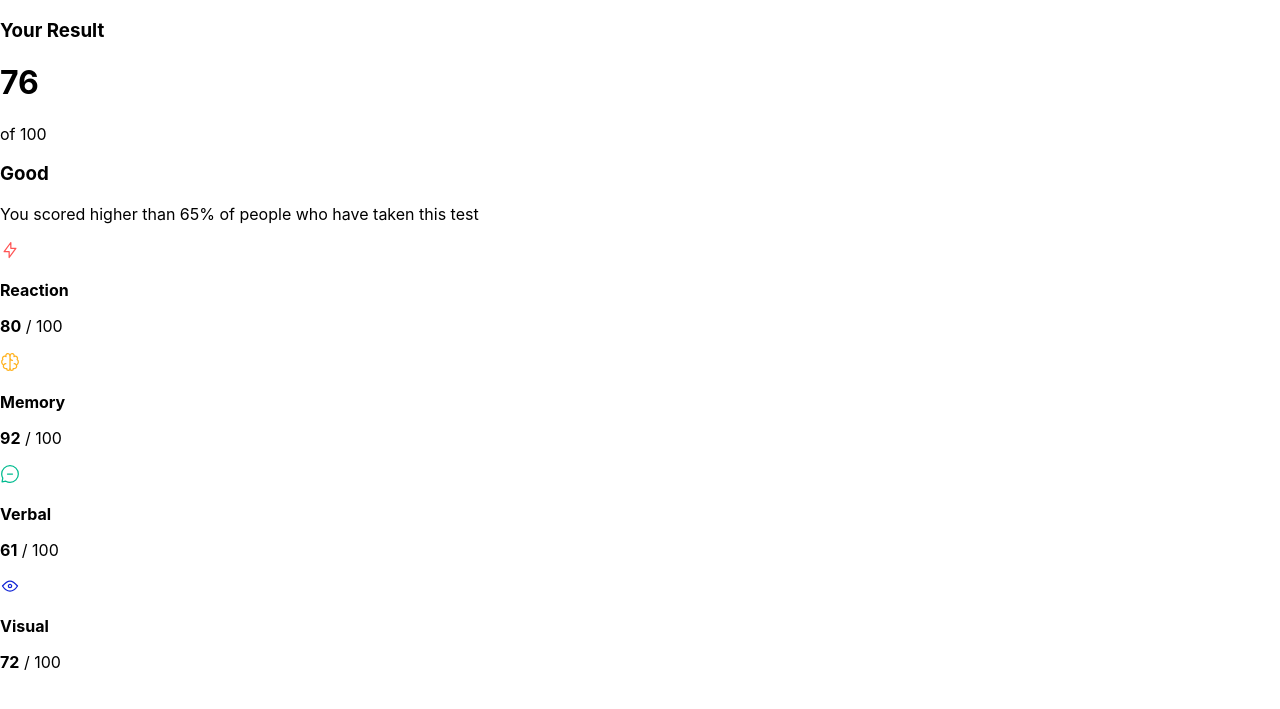
Repository: JeanPaulBassil/Result-Summary-Design
Page: /
These files come from the project's save history. The page is drawn as it stood at one moment and after the next save; the edit follows.
The browser window is 1280 px wide. The pictures show the whole page.
The project was rebuilt for these pictures with package versions that can differ from the ones it lists, and the page was loaded fresh each time.

Above is the page before, as saved 2023-02-24 15:30:23.

After the next save:
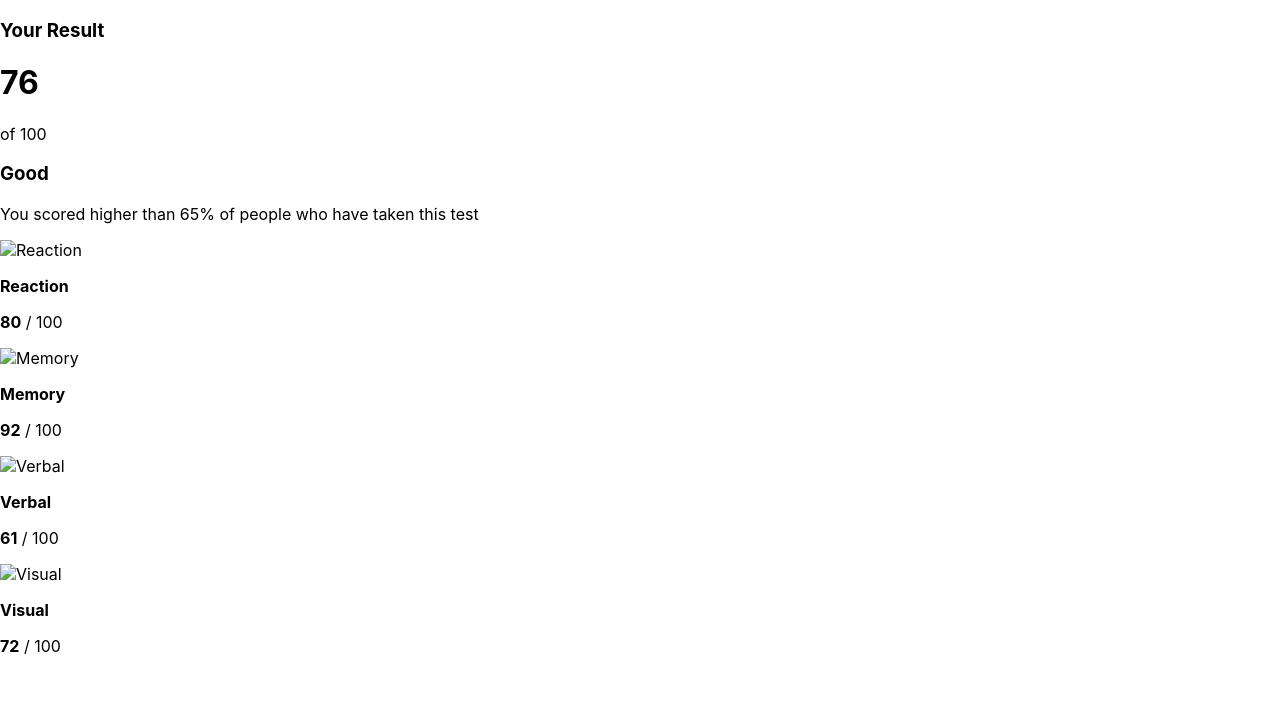
Saved 5 min 56 s later.
--- a/src/Components/Summary/Summary.js
+++ b/src/Components/Summary/Summary.js
@@ -4,7 +4,7 @@
     const summary = data.map(part => {
         return (
             <div className="part">
-                <img src={part.icon} alt={part.category}/>
+                <img src={part.icon.icon} alt={part.category}/>
                 <p><b>{part.category}</b></p>
                 <p><b>{part.score}</b> / 100</p>
             </div>

After the 2 saves that followed:
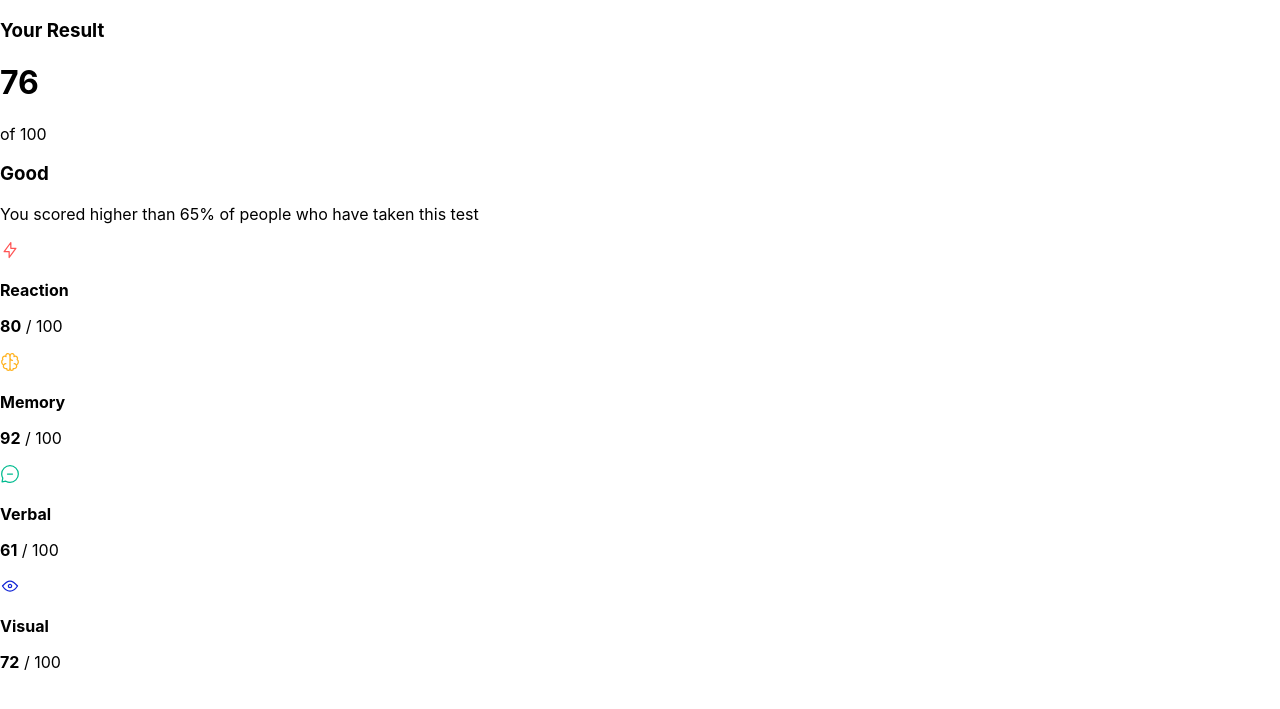
The 2 saves are shown as one change because 1 left the picture as it was.
The last was saved 92 s later.
--- a/src/Components/Summary/Summary.js
+++ b/src/Components/Summary/Summary.js
@@ -4,7 +4,7 @@
     const summary = data.map(part => {
         return (
             <div className="part">
-                <img src={part.icon.icon} alt={part.category}/>
+                <img src={`./assets/images/icon-${part.category.toLowerCase()}.svg`} alt={part.category}/>
                 <p><b>{part.category}</b></p>
                 <p><b>{part.score}</b> / 100</p>
             </div>
